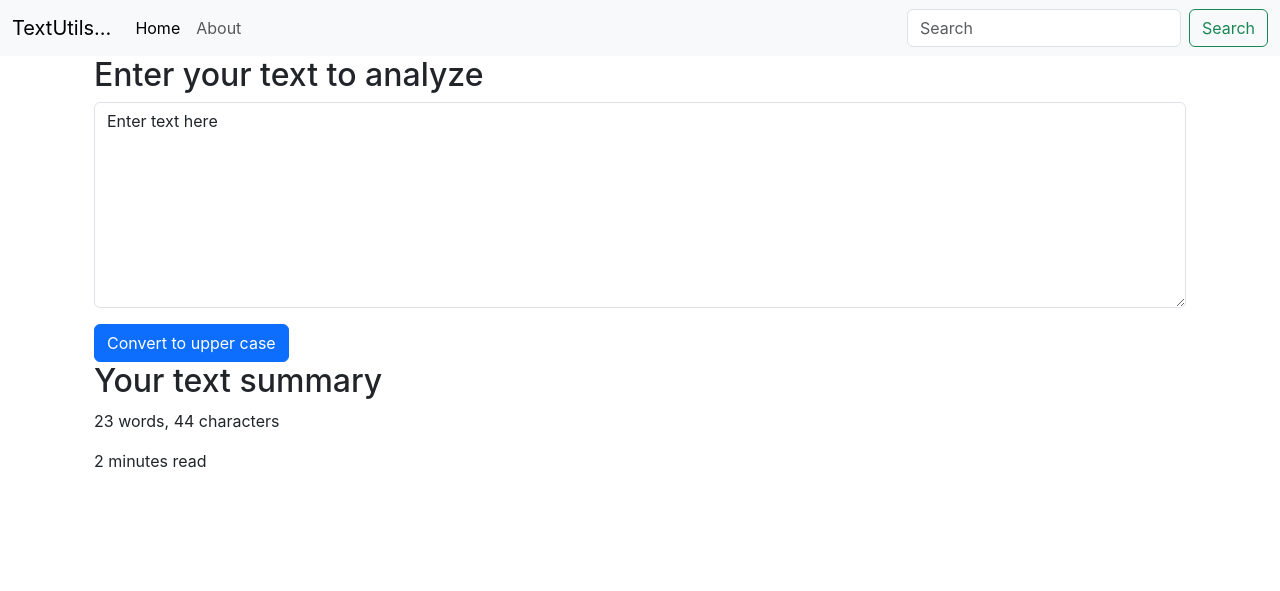
Repository: SujanNagaju/react-demo
Page: /
The author's editor kept a copy of each file at every save. The page is drawn from the files as they stood at one save, then again after the next save.
The browser window is 1280 px wide. The pictures show the whole page.
The project was rebuilt for these pictures with package versions that can differ from the ones it lists, and the page was loaded fresh each time. Also part of the build but not shown: src/App.css.

Above is the page before, as saved 2024-12-29 13:59:33.

### public/index.html
<!DOCTYPE html>
<html lang="en">
  <head>
    <meta charset="utf-8" />
    <link rel="icon" href="%PUBLIC_URL%/favicon.ico" />
    <meta name="viewport" content="width=device-width, initial-scale=1" />
    <meta name="theme-color" content="#000000" />
    <meta
      name="description"
      content="Web site created using create-react-app"
    />
    <link rel="apple-touch-icon" href="%PUBLIC_URL%/logo192.png" />
    <!--
      manifest.json provides metadata used when your web app is installed on a
      user's mobile device or desktop. See https://developers.google.com/web/fundamentals/web-app-manifest/
    -->
    <link rel="manifest" href="%PUBLIC_URL%/manifest.json" />
    <!--
      Notice the use of %PUBLIC_URL% in the tags above.
      It will be replaced with the URL of the `public` folder during the build.
      Only files inside the `public` folder can be referenced from the HTML.

      Unlike "/favicon.ico" or "favicon.ico", "%PUBLIC_URL%/favicon.ico" will
      work correctly both with client-side routing and a non-root public URL.
      Learn how to configure a non-root public URL by running `npm run build`.
    -->
    <link href="https://cdn.jsdelivr.net/npm/bootstrap@5.3.3/dist/css/bootstrap.min.css" rel="stylesheet" integrity="sha384-QWTKZyjpPEjISv5WaRU9OFeRpok6YctnYmDr5pNlyT2bRjXh0JMhjY6hW+ALEwIH" crossorigin="anonymous">
    <title>React App</title>
  </head>
  <body>
    <noscript>You need to enable JavaScript to run this app.</noscript>
    <div id="root"></div>
    <!--
      This HTML file is a template.
      If you open it directly in the browser, you will see an empty page.

      You can add webfonts, meta tags, or analytics to this file.
      The build step will place the bundled scripts into the <body> tag.

      To begin the development, run `npm start` or `yarn start`.
      To create a production bundle, use `npm run build` or `yarn build`.
    -->
    <script src="https://cdn.jsdelivr.net/npm/bootstrap@5.3.3/dist/js/bootstrap.bundle.min.js" integrity="sha384-YvpcrYf0tY3lHB60NNkmXc5s9fDVZLESaAA55NDzOxhy9GkcIdslK1eN7N6jIeHz" crossorigin="anonymous"></script>

  </body>
</html>

### src/App.js
// logo from './logo.svg';
import './App.css';
import Navbar from './components/Navbar';
import TextForm from './components/TextForm';
function App() {
  return (
    <>

      {/* <Navbar title="TextUtils..." aboutText="About"/> */}
      <Navbar title="TextUtils..."/>
      <div className="container">
        <TextForm heading="Enter your text to analyze"/>
      </div>
    </>
  );
}

export default App;

### src/components/Navbar.js
import React from 'react'
import PropTypes from 'prop-types';


export default function Navbar({title="TextUtils", aboutText="About"}) {
  return (
    <nav className="navbar navbar-expand-lg bg-body-tertiary">
        <div className="container-fluid">
            <a className="navbar-brand" href="/">{title}</a>
            <button className="navbar-toggler" type="button" data-bs-toggle="collapse" data-bs-target="#navbarSupportedContent" aria-controls="navbarSupportedContent" aria-expanded="false" aria-label="Toggle navigation">
            <span className="navbar-toggler-icon"></span>
            </button>
            <div className="collapse navbar-collapse" id="navbarSupportedContent">
            <ul className="navbar-nav me-auto mb-2 mb-lg-0">
                <li className="nav-item">
                <a className="nav-link active" aria-current="page" href="/">Home</a>
                </li>
                <li className="nav-item">
                <a className="nav-link" href="/">{aboutText}</a>
                </li>

            </ul>
            <form className="d-flex" role="search">
                <input className="form-control me-2" type="search" placeholder="Search" aria-label="Search"/>
                <button className="btn btn-outline-success" type="submit">Search</button>
            </form>
            </div>
        </div>
    </nav>
  )
}


Navbar.propTypes = {
    title: PropTypes.string.isRequired,
    aboutText: PropTypes.string.isRequired
}

### src/components/TextForm.js
import React, {useState} from 'react';

export default function TextForm(props) {
  const handleUpClick = ()=> {
    // console.log( "Uppercase was clicked" );
    let newText = text.toUpperCase();
    setText( newText );
  }

  const handleOnChange = (event)=> {
    // console.log( "handle text change" );
    setText(event.target.value);
  }

  const [text, setText] = useState("Enter text here");
  return (
    <>
      <div className="container">
        <h2>{props.heading}</h2>
          <div className="mb-3">
              <textarea className="form-control" id="textBox" onChange={handleOnChange} value={text} rows="8"></textarea>
          </div>
          <button className="btn btn-primary" onClick={handleUpClick}>Convert to upper case</button>
      </div>

      <div className="container">
        <h2>Your text summary</h2>
        <p>23 words, 44 characters</p>
        <p>2 minutes read</p>
      </div>
    </>
  )
}

Loaded but not shown: src/index.js (common file); src/index.css (common file); src/reportWebVitals.js (common file)

After the next save:
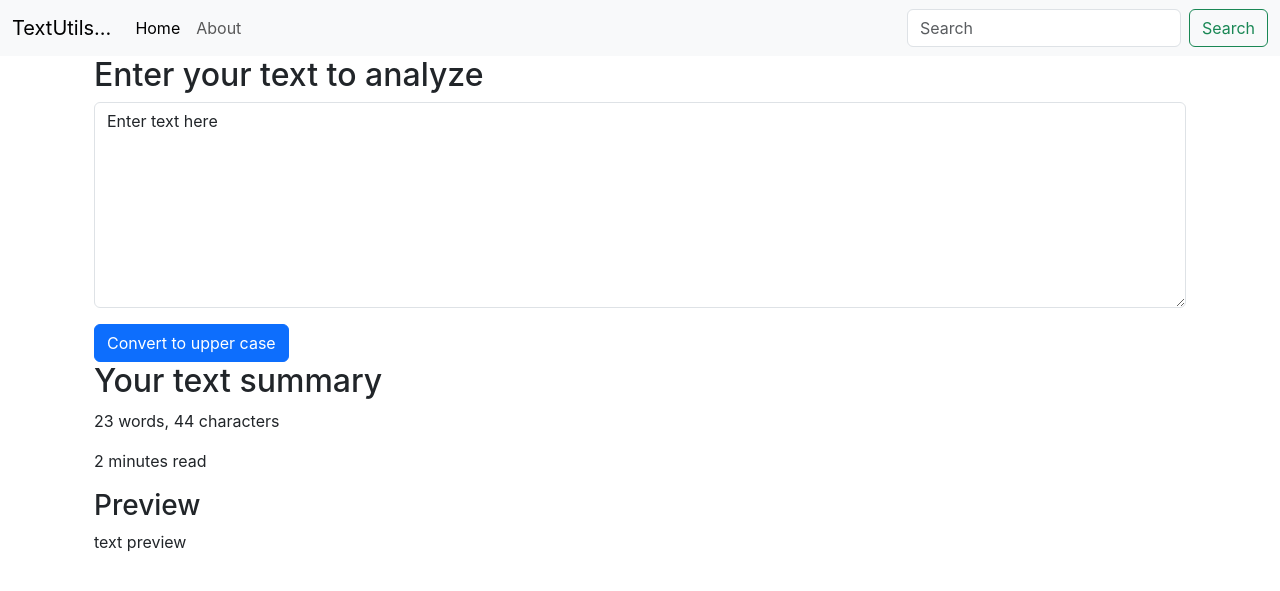
Saved 29 s later.
--- a/src/components/TextForm.js
+++ b/src/components/TextForm.js
@@ -27,6 +27,9 @@
         <h2>Your text summary</h2>
         <p>23 words, 44 characters</p>
         <p>2 minutes read</p>
+
+        <h3>Preview</h3>
+        <p>text preview</p>
       </div>
     </>
   )
